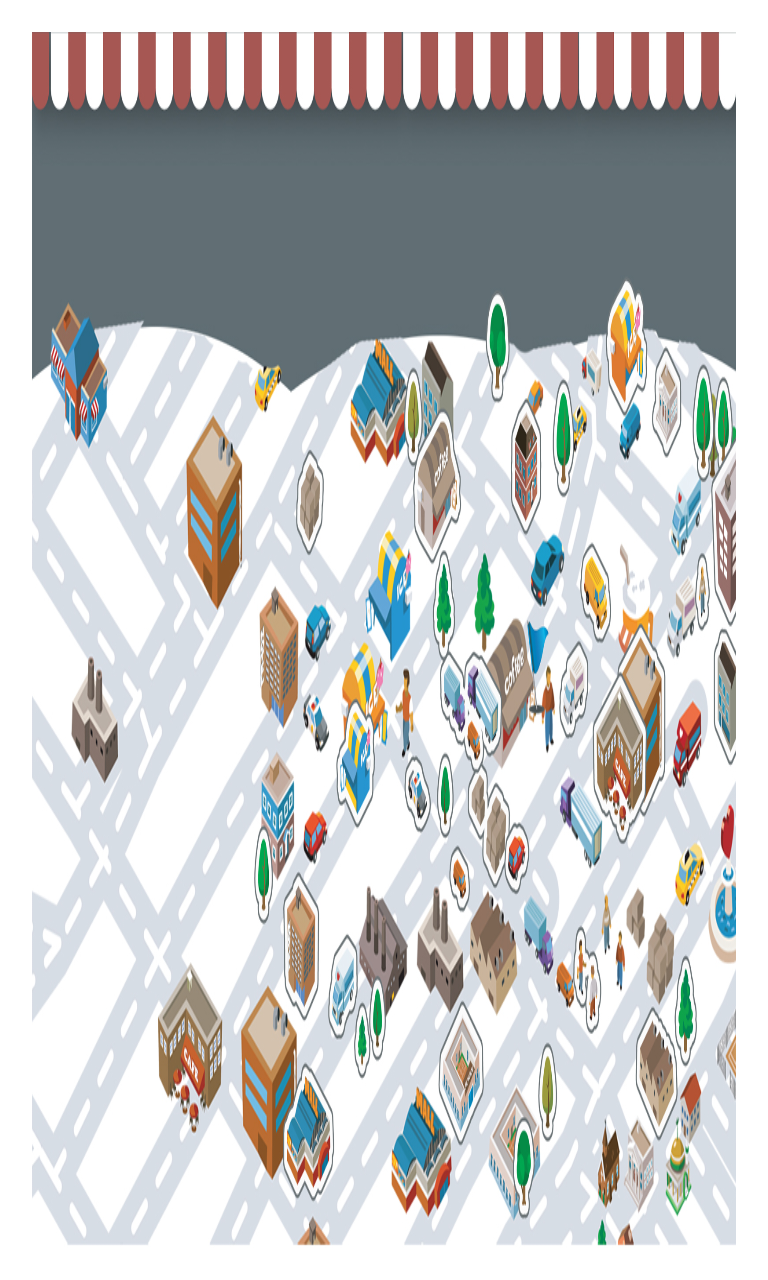
Repository: ahmeda8/playable
Layout: Playable/res/layout/activity_main.xml
An editor plug-in stored every save of this project. The layout is shown before and after the next save, followed by the edit.
It is drawn on a 768 x 1280 px phone screen (xhdpi) without system bars, with theme AppTheme; the app's code is not run.

Above is the layout before, as saved 2013-07-20 19:44:49.

After the next save:
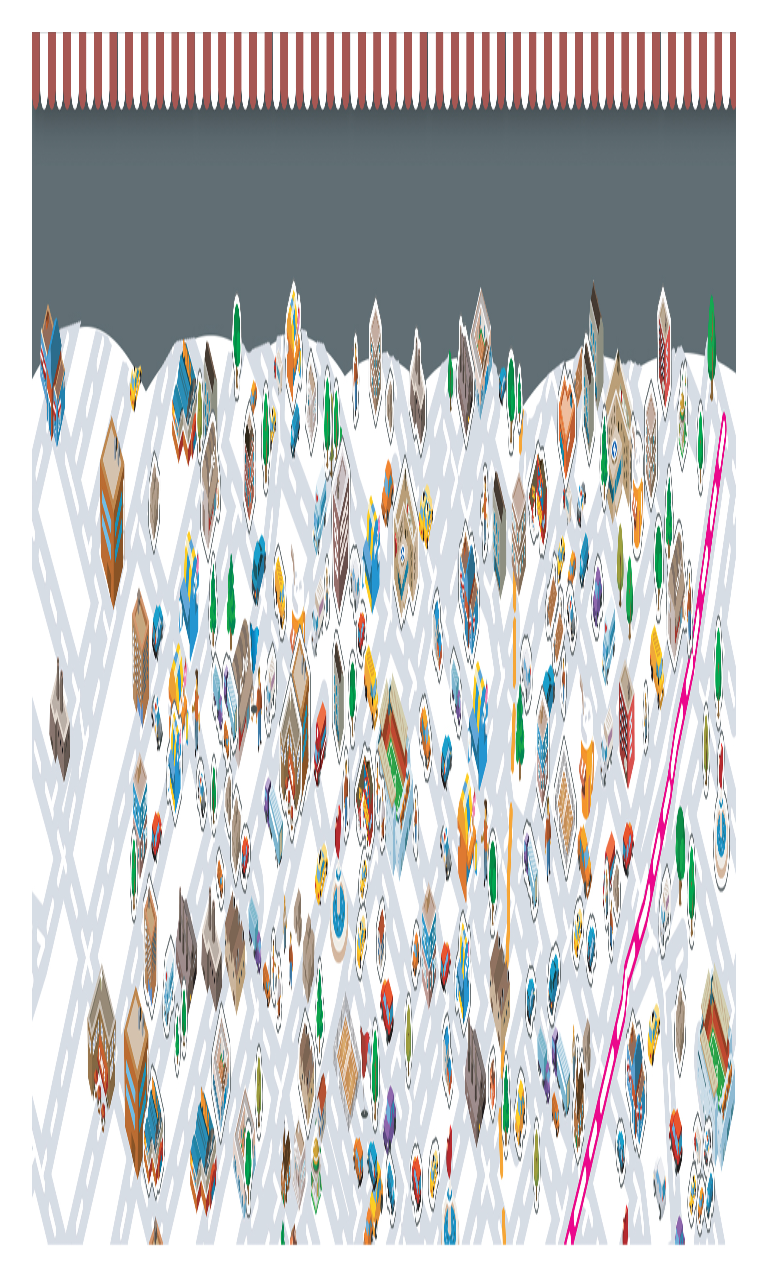
Saved 2 min 58 s later.
--- a/Playable/res/layout/activity_main.xml
+++ b/Playable/res/layout/activity_main.xml
@@ -20,7 +20,7 @@
 
         <ImageView
             android:id="@+id/imageView1"
-            android:layout_width="800dp"
+            android:layout_width="match_parent"
             android:layout_height="match_parent"
             android:layout_below="@+id/linearLayout1"
             android:layout_centerHorizontal="true"
